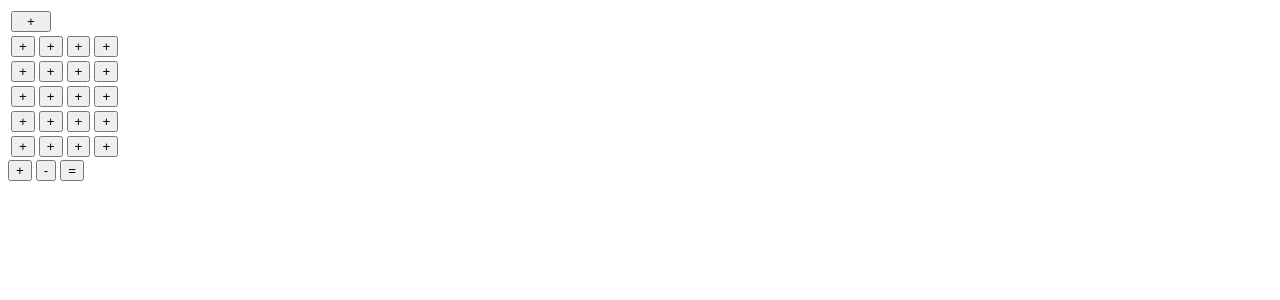
Repository: Dabee-ee/JAVA-lesson2
Page: Personal/JSPPrj/WebContent/calc3.html
These files come from the project's save history. The page is drawn as it stood at one moment and after the next save; the edit follows.
The browser window is 1280 px wide. The pictures show the whole page.

Above is the page before, as saved 2021-03-13 06:25:58.

### Personal/JSPPrj/WebContent/calc3.html
<!DOCTYPE html>
<html>
<head>
<meta charset="UTF-8">
<title>Insert title here</title>
</head>
<body>
	<div>
		<form action="calc3" method="post">

			<table>
				<tr>
					<td colspan="4"><input type="submit"  style="WIDTH: 40px" name="operator" value="+" /></td>
				</tr>
								<tr>
					<td><input type="submit" name="operator" value="+" /></td>
					<td><input type="submit" name="operator" value="+" /></td>
					<td><input type="submit" name="operator" value="+" /></td>
					<td><input type="submit" name="operator" value="+" /></td>
				</tr>
								<tr>
					<td><input type="submit" name="operator" value="+" /></td>
					<td><input type="submit" name="operator" value="+" /></td>
					<td><input type="submit" name="operator" value="+" /></td>
					<td><input type="submit" name="operator" value="+" /></td>
				</tr>
								<tr>
					<td><input type="submit" name="operator" value="+" /></td>
					<td><input type="submit" name="operator" value="+" /></td>
					<td><input type="submit" name="operator" value="+" /></td>
					<td><input type="submit" name="operator" value="+" /></td>
				</tr>
								<tr>
					<td><input type="submit" name="operator" value="+" /></td>
					<td><input type="submit" name="operator" value="+" /></td>
					<td><input type="submit" name="operator" value="+" /></td>
					<td><input type="submit" name="operator" value="+" /></td>
				</tr>
								<tr>
					<td><input type="submit" name="operator" value="+" /></td>
					<td><input type="submit" name="operator" value="+" /></td>
					<td><input type="submit" name="operator" value="+" /></td>
					<td><input type="submit" name="operator" value="+" /></td>
				</tr>



			</table>

			<div>
			<input type="submit" name="operator" value="+" />
			<input type="submit" name="operator" value="-" />
			<input type="submit" name="operator" value="=" />
			</div>

		</form>
	</div>
</body>
</html>

After the next save:
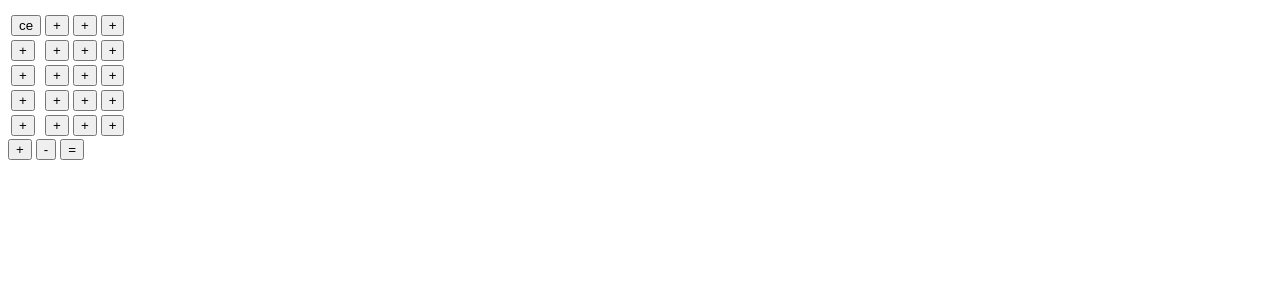
Saved 71 s later.
--- a/Personal/JSPPrj/WebContent/calc3.html
+++ b/Personal/JSPPrj/WebContent/calc3.html
@@ -10,10 +10,10 @@
 
 			<table>
 				<tr>
-					<td colspan="4"><input type="submit"  style="WIDTH: 40px" name="operator" value="+" /></td>
+					<td ></td>
 				</tr>
 								<tr>
-					<td><input type="submit" name="operator" value="+" /></td>
+					<td><input type="submit" name="operator" value="ce" /></td>
 					<td><input type="submit" name="operator" value="+" /></td>
 					<td><input type="submit" name="operator" value="+" /></td>
 					<td><input type="submit" name="operator" value="+" /></td>
